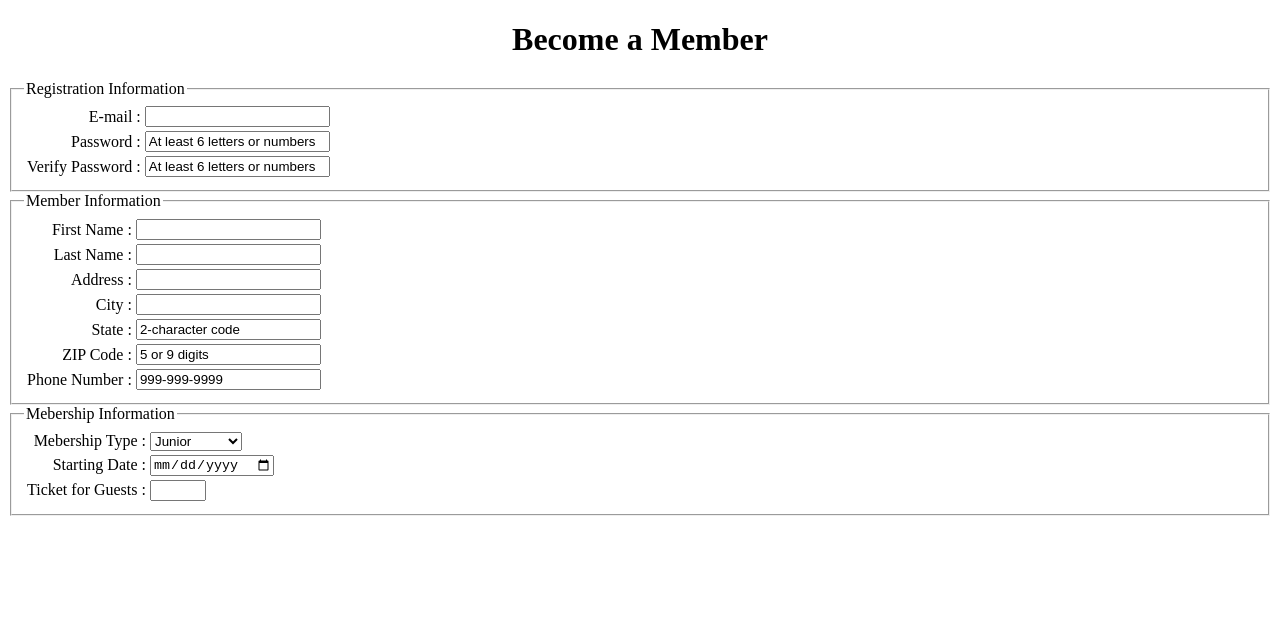
Repository: kjungyoun/Web_Study_2021
Page: homework_front/WebContent/0302/0302.html
These files come from the project's save history. The page is drawn as it stood at one moment and after the next save; the edit follows.
The browser window is 1280 px wide. The pictures show the whole page.

Above is the page before, as saved 2021-03-02 12:04:02.

After the next save:
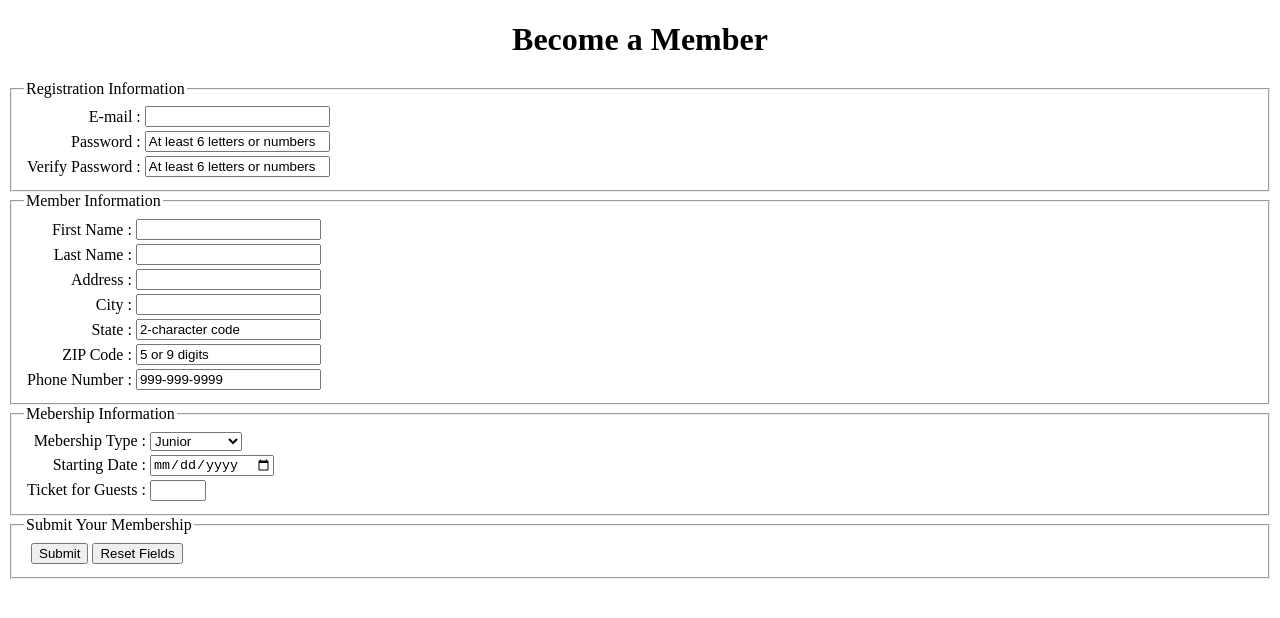
Saved 2 min 25 s later.
--- a/homework_front/WebContent/0302/0302.html
+++ b/homework_front/WebContent/0302/0302.html
@@ -142,6 +142,18 @@
 			</tr>
 		</table>
 	</fieldset>
+	<fieldset>
+		<legend>Submit Your Membership</legend>
+		<table>
+			<tr>
+				<td></td>
+				<td>
+					<button type="submit">Submit</button>
+					<button type="reset">Reset Fields</button>
+				</td>
+			</tr>
+		</table>
+	</fieldset>
 </form>
 </body>
 </html>
